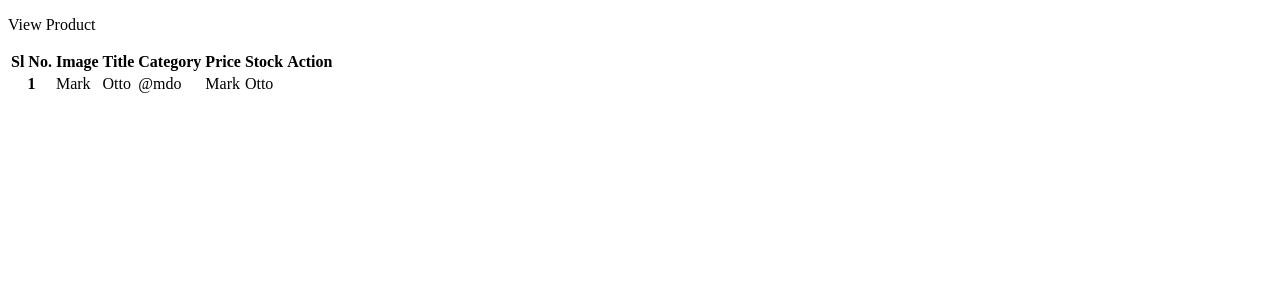
Repository: Chandnim0712/Ecommerce-Spring-Boot-Project
Page: http://localhost/admin/products
These files come from the project's save history. The page is drawn as it stood at one moment and after the next save; the edit follows.
The browser window is 1280 px wide. The pictures show the whole page.
The page is this project's Thymeleaf template; nobody is signed in. The template is opened directly, without the code that normally fills it, so the values that code supplies are empty.

Above is the page before, as saved 2025-06-11 14:34:41.

After the next save:
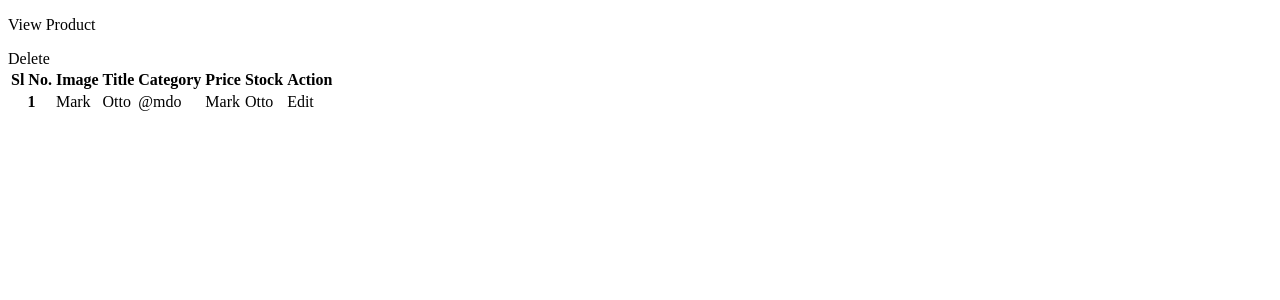
Saved 24 s later.
--- a/Shopping_Cart/src/main/resources/templates/admin/products.html
+++ b/Shopping_Cart/src/main/resources/templates/admin/products.html
@@ -33,7 +33,8 @@
 							<td>Mark</td>
 							<td>Otto</td>
 							<td>
-							<a href="#" class="btn btn-sm btn-primary"></a></td>
+							<a href="#" class="btn btn-sm btn-primary"></a>Edit</td>
+							<a href="#" class="btn btn-sm btn-primary"></a>Delete</td>
 						</tr>
 					</tbody>
 				</table>
